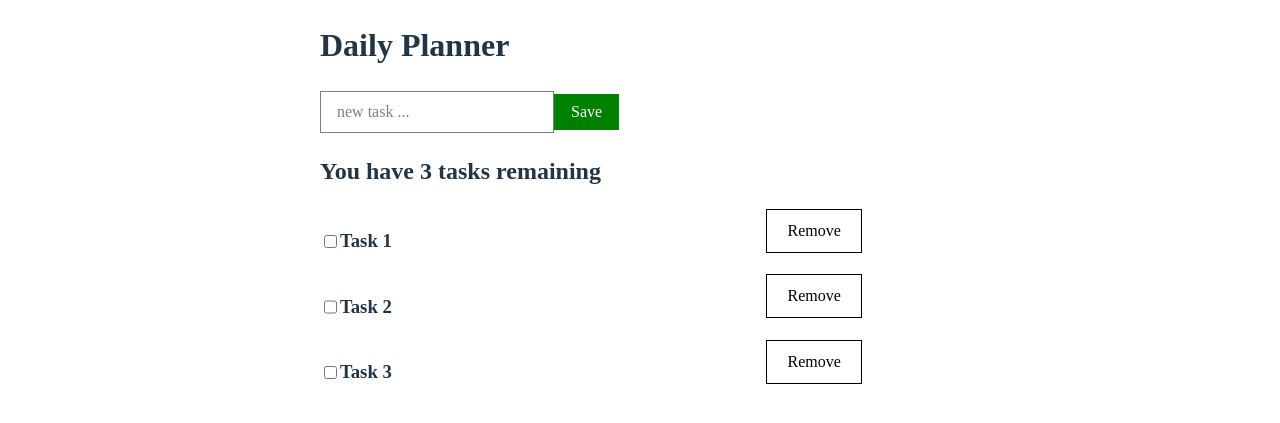
Repository: SamanthaYan298/my_planner
Page: /
These files come from the project's save history. The page is drawn as it stood at one moment and after the next save; the edit follows.
The browser window is 1280 px wide. The pictures show the whole page.
The project was rebuilt for these pictures with package versions that can differ from the ones it lists, and the page was loaded fresh each time. Also part of the build but not shown: vite.config.js.

Above is the page before, as saved 2024-10-07 17:24:10.

After the next save:
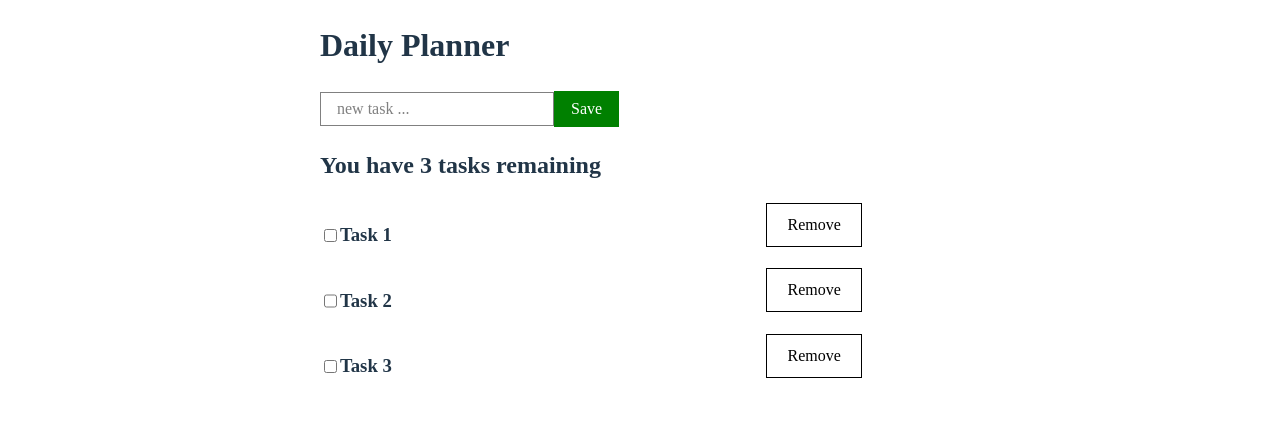
Saved 7 s later.
--- a/src/App.css
+++ b/src/App.css
@@ -37,7 +37,7 @@
 .form-input {
   padding: 0.5em 1em;
   border: 1px solid;
-  height: 1.5em;
+  height: 1em;
   font-family: "Playfair Display", serif;
   color: grey;
   font-size: 1em;
